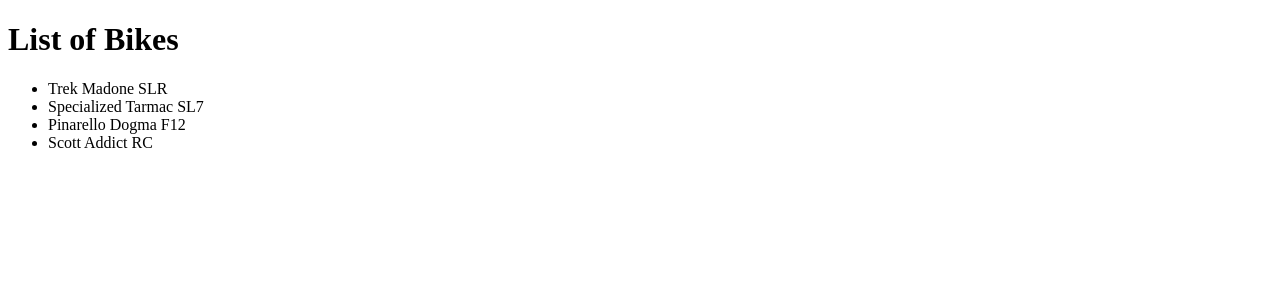
Repository: salveendutt/Bike-Reservation-App
Page: templates/bike_list.html
The author's editor kept a copy of each file at every save. The page is drawn from the files as they stood at one save, then again after the next save.
The browser window is 1280 px wide. The pictures show the whole page.
The template is drawn by Django 4.2. The application's start-up code is not run. Other server files are loaded and not shown. The template is opened directly, without the code that normally fills it, so the values that code supplies are empty.

Above is the page before, as saved 2023-04-22 18:13:53.

### Desktop/SE2_REPO/templates/bike_list.html
<!DOCTYPE html>
<html>
<head>
	<title>Bikes List</title>
</head>
<body>
	<h1>List of Bikes</h1>
	<ul id="bikes-list"></ul>

	<script>
		const bikes = [
			{ brand: 'Giant', model: 'Defy Advanced', isFixed: true },
			{ brand: 'Trek', model: 'Madone SLR', isFixed: false },
			{ brand: 'Specialized', model: 'Tarmac SL7', isFixed: false },
			{ brand: 'Cannondale', model: 'SuperSix Evo', isFixed: true },
			{ brand: 'Pinarello', model: 'Dogma F12', isFixed: false },
			{ brand: 'BMC', model: 'Teammachine SLR', isFixed: true },
			{ brand: 'Scott', model: 'Addict RC', isFixed: false }
		];

		const bikesList = document.getElementById('bikes-list');

		bikes
			.filter(bike => !bike.isFixed)
			.forEach(bike => {
				const li = document.createElement('li');
				li.textContent = `${bike.brand} ${bike.model}`;
				bikesList.appendChild(li);
			});
	</script>
</body>
</html>

After the next save:
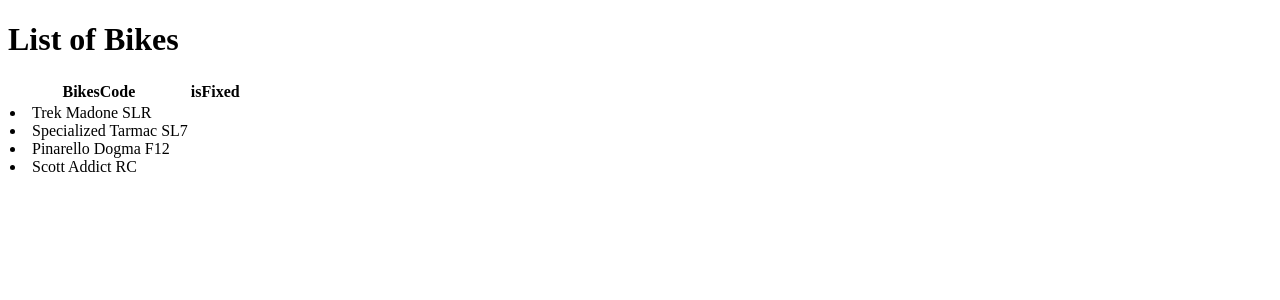
Saved 7 min 8 s later.
--- a/Desktop/SE2_REPO/templates/bike_list.html
+++ b/Desktop/SE2_REPO/templates/bike_list.html
@@ -5,6 +5,15 @@
 </head>
 <body>
 	<h1>List of Bikes</h1>
+    <table>
+		<thead>
+			<tr>
+				<th>BikesCode</th>
+				<th>isFixed</th>
+			</tr>
+		</thead>
+		<tbody id="bikes-list"></tbody>
+	</table>
 	<ul id="bikes-list"></ul>
 
 	<script>
